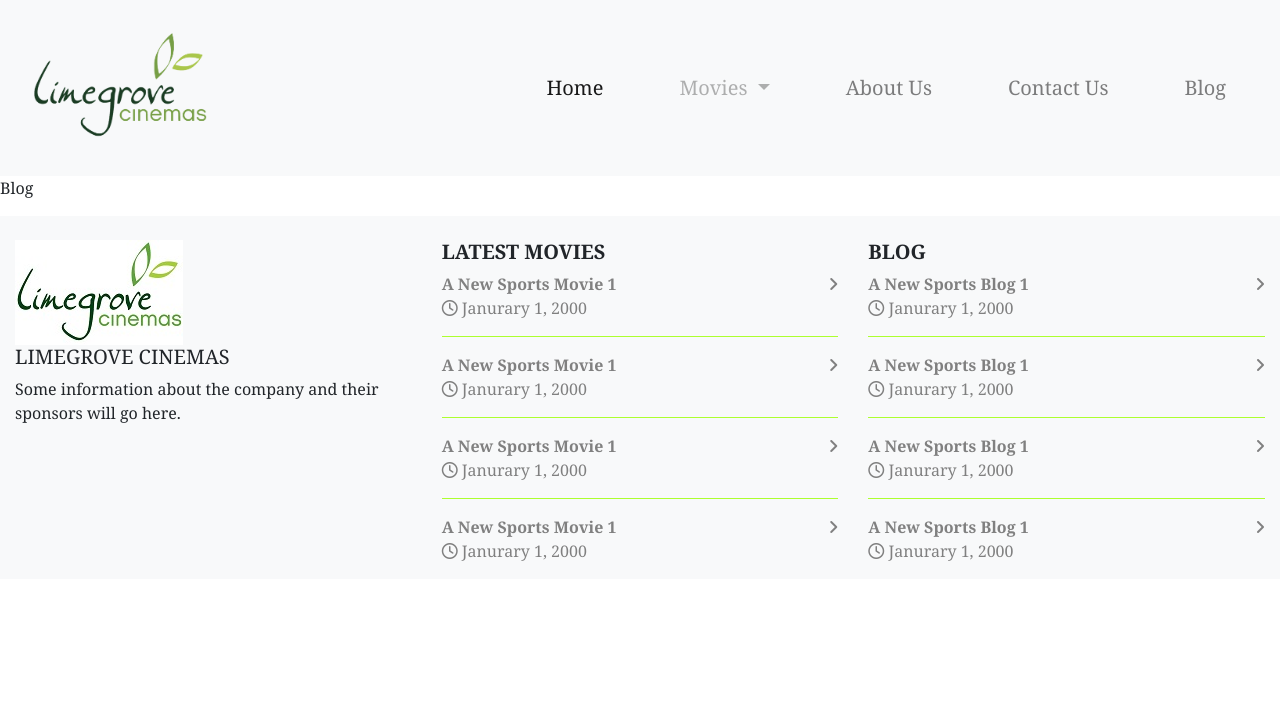
Repository: SimplyZacc/movie-web-template
Page: http://localhost/blog.php
These files come from the project's save history. The page is drawn as it stood at one moment and after the next save; the edit follows.
The browser window is 1280 px wide. The pictures show the whole page.
Some web libraries are served in a nearby version. The page is run by PHP 8.4 with error messages shown; the project is at /var/www/html/.

Above is the page before, as saved 2020-03-30 19:50:36.

After the next save:
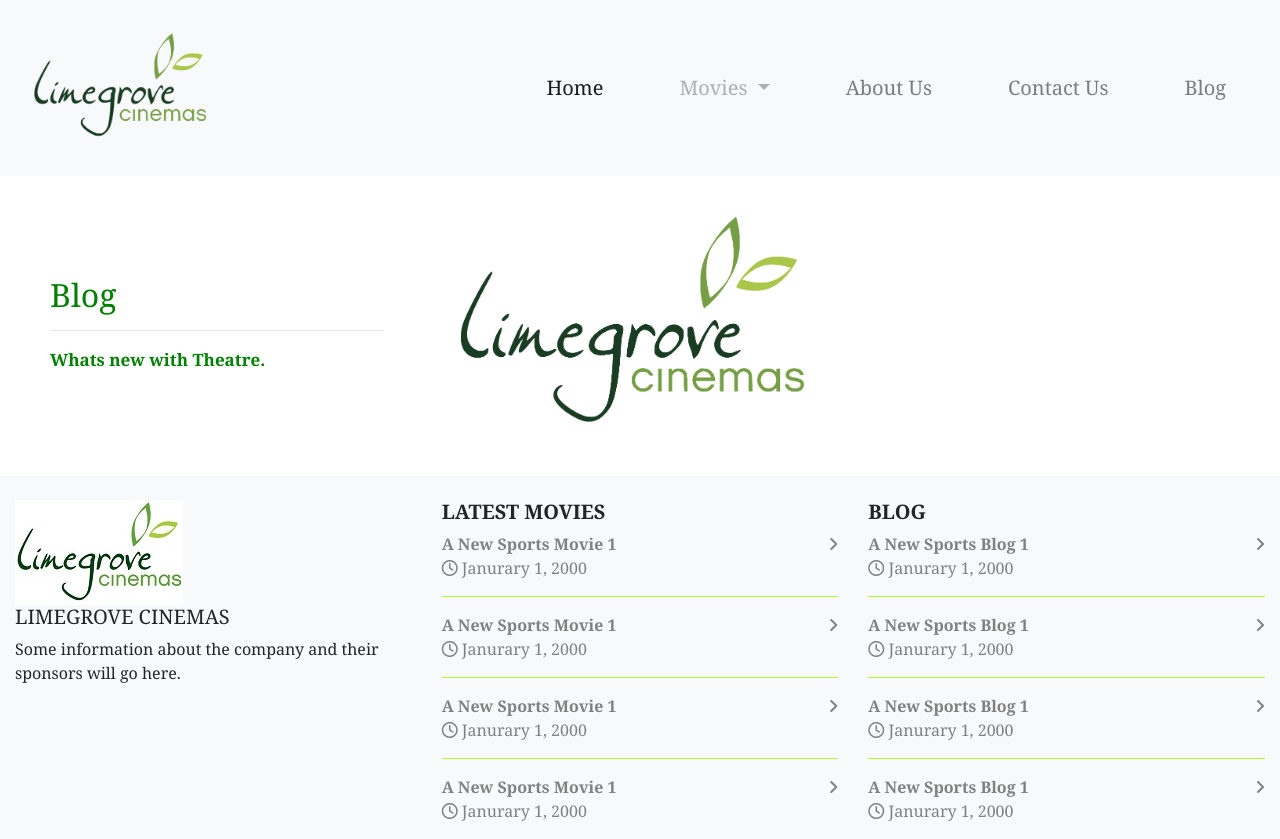
Saved 21 min 1 s later.
--- a/blog.php
+++ b/blog.php
@@ -5,6 +5,19 @@ $title = "Blog";
 include "templates/header.php";
 ?>
 
-<p class="">Blog</p>
+<div class="contact-head">
+    <div class="contact-head-body">
+        <h2>Blog</h2>
+        <hr>
+        <p>Whats new with Theatre.</p>
+    </div>
+</div>
+
+<div class="container">
+    <div class="row">
+        <div class="col-sm-3">
+        </div>
+    </div>
+</div>
 
 <?php include "templates/footer.php"; ?>
